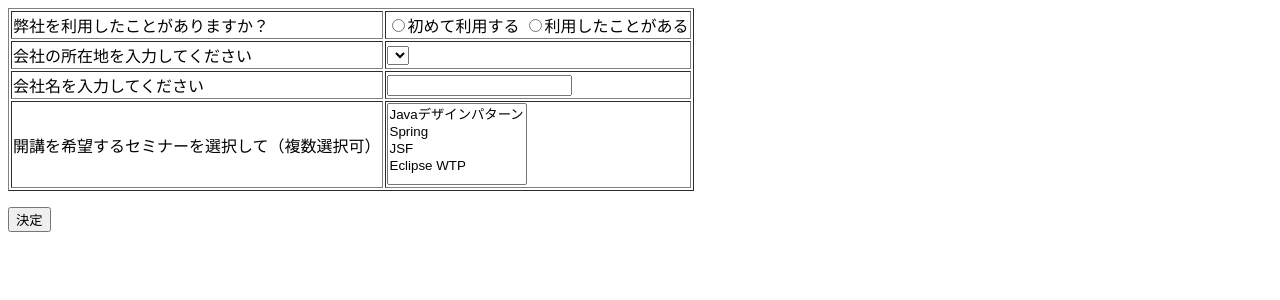
Repository: ict20215/ict
Page: http://localhost/test/jsp/Rei08_request.jsp
These files come from the project's save history. The page is drawn as it stood at one moment and after the next save; the edit follows.
The browser window is 1280 px wide. The pictures show the whole page.
The page is served by Tomcat 9. Other server files are loaded and not shown.

Above is the page before, as saved 2021-10-20 05:31:42.

### test/WebContent/jsp/Rei08_request.jsp
<%@ page contentType="text/html; charset=UTF-8"%>
<%@ taglib uri="http://java.sun.com/jsp/jstl/core" prefix="s" %>
<!DOCTYPE html>
<html>
<head>
<meta http-equiv="content-type" content="text/html; charset=UTF-8">
<title>rei08_request.jsp</title>
</head>
<body>

	<form action="../a" method="POST">
		<table border="1">
			<tr>
				<td>弊社を利用したことがありますか？</td>
				<td><input type="radio" name="sei" value="初めて利用する">初めて利用する <input
					type="radio" name="sei" value="利用したことがある">利用したことがある</td>
			</tr>
			<tr>
				<td>会社の所在地を入力してください</td>
				<td>
				    <select name="nen">
							<option value="東京都"></option>
							<option value="埼玉県"></option>
                    </select>
        		</td>
			</tr>
			<tr>
				<td>会社名を入力してください</td>
				<td>
					<input type="text" name="mosidoki" value="">
				</td>
			</tr>
			<tr>
				<td>開講を希望するセミナーを選択して（複数選択可）</td>
				<td>
					<select name="seminar" multiple="multiple">
						<option value="Javaデザインパターン">Javaデザインパターン</option>
						<option value="Spring">Spring</option>
						<option value="JSF">JSF</option>
						<option value="Eclipse WTP">Eclipse WTP</option>
					</select>
				</td>

			</tr>
		</table>
		<p>
			<input type="submit" value="決定">
		</p>
	</form>
</body>
</html>

After the next save:
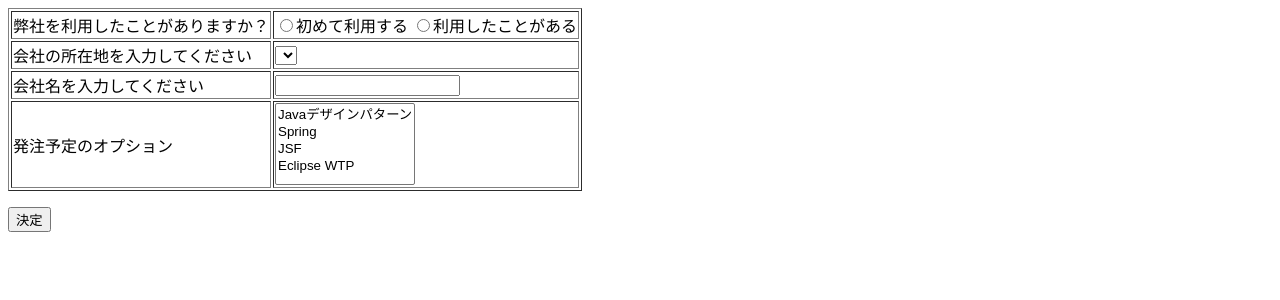
Saved 30 s later.
--- a/test/WebContent/jsp/Rei08_request.jsp
+++ b/test/WebContent/jsp/Rei08_request.jsp
@@ -31,7 +31,7 @@
 				</td>
 			</tr>
 			<tr>
-				<td>開講を希望するセミナーを選択して（複数選択可）</td>
+				<td>発注予定のオプション</td>
 				<td>
 					<select name="seminar" multiple="multiple">
 						<option value="Javaデザインパターン">Javaデザインパターン</option>
